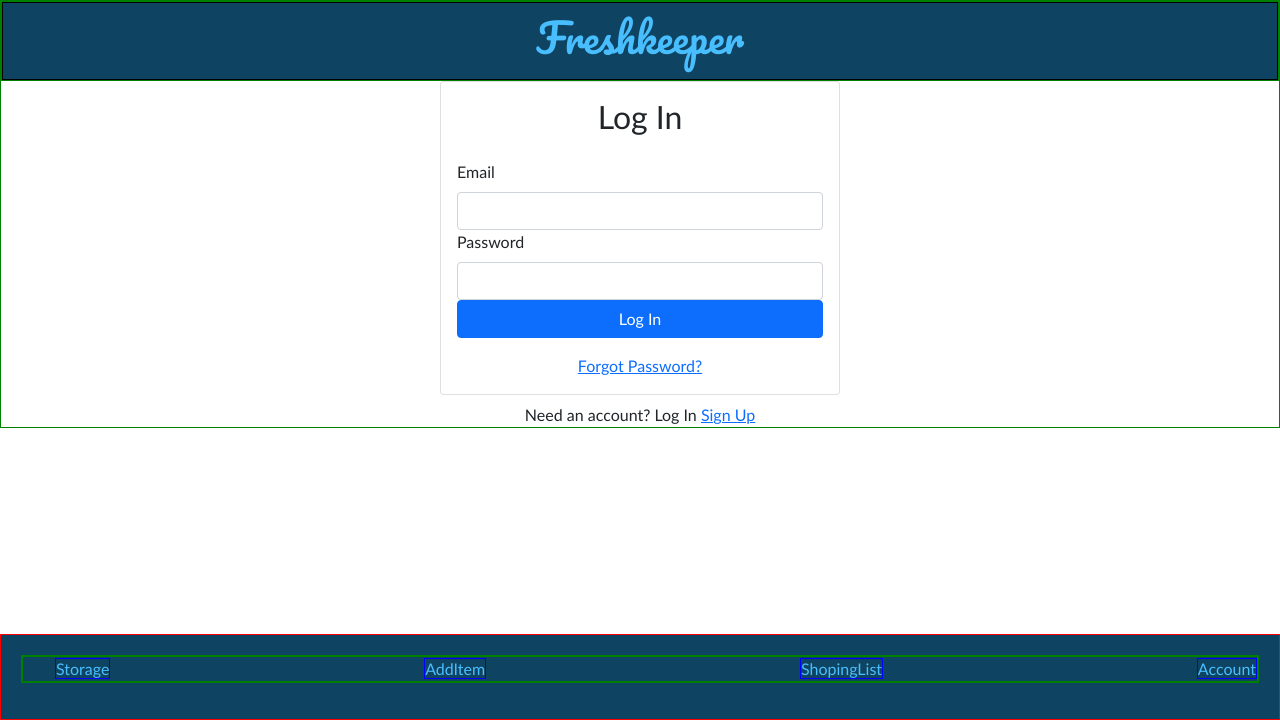
Repository: patrik-fredlund/freshkeeper-repo
Page: /
An editor plug-in stored every save of this project. The page is shown before and after the next save, followed by the edit.
The browser window is 1280 px wide. The pictures show the whole page.
The project was rebuilt for these pictures with package versions that can differ from the ones it lists, and the page was loaded fresh each time. Also part of the build but not shown: src/components/Signup.js, src/components/Account.js, src/components/ForgotPassword.js, src/components/UpdateProfile.js, src/components/Storage.js, src/components/Shopinglist.js, src/components/AddItem.js.

Above is the page before, as saved 2021-10-18 13:48:59.

After the next save:
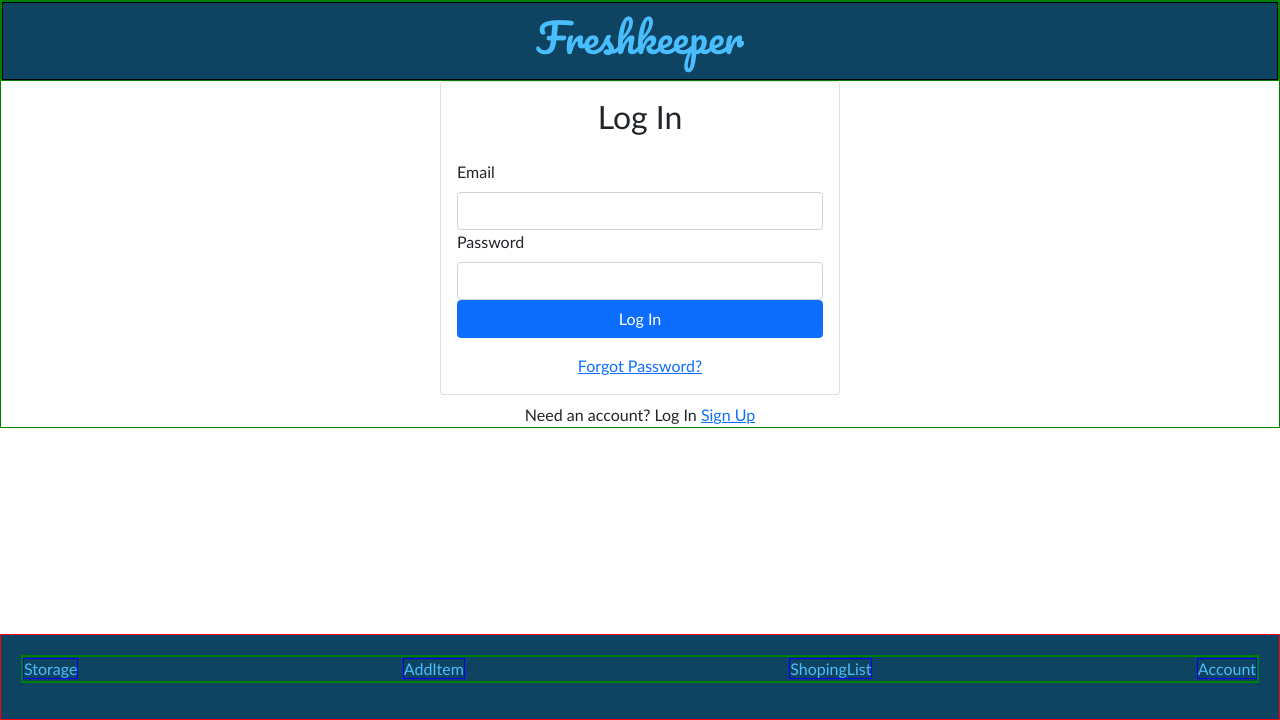
Saved 18 s later.
--- a/src/components/navbar/navbarStyles.js
+++ b/src/components/navbar/navbarStyles.js
@@ -26,4 +26,8 @@ export const NavbarStyles = styled.div`
     text-decoration: none;
     border: 1px solid blue;
   }
+
+  ul {
+    padding: 0;
+  }
 `;
